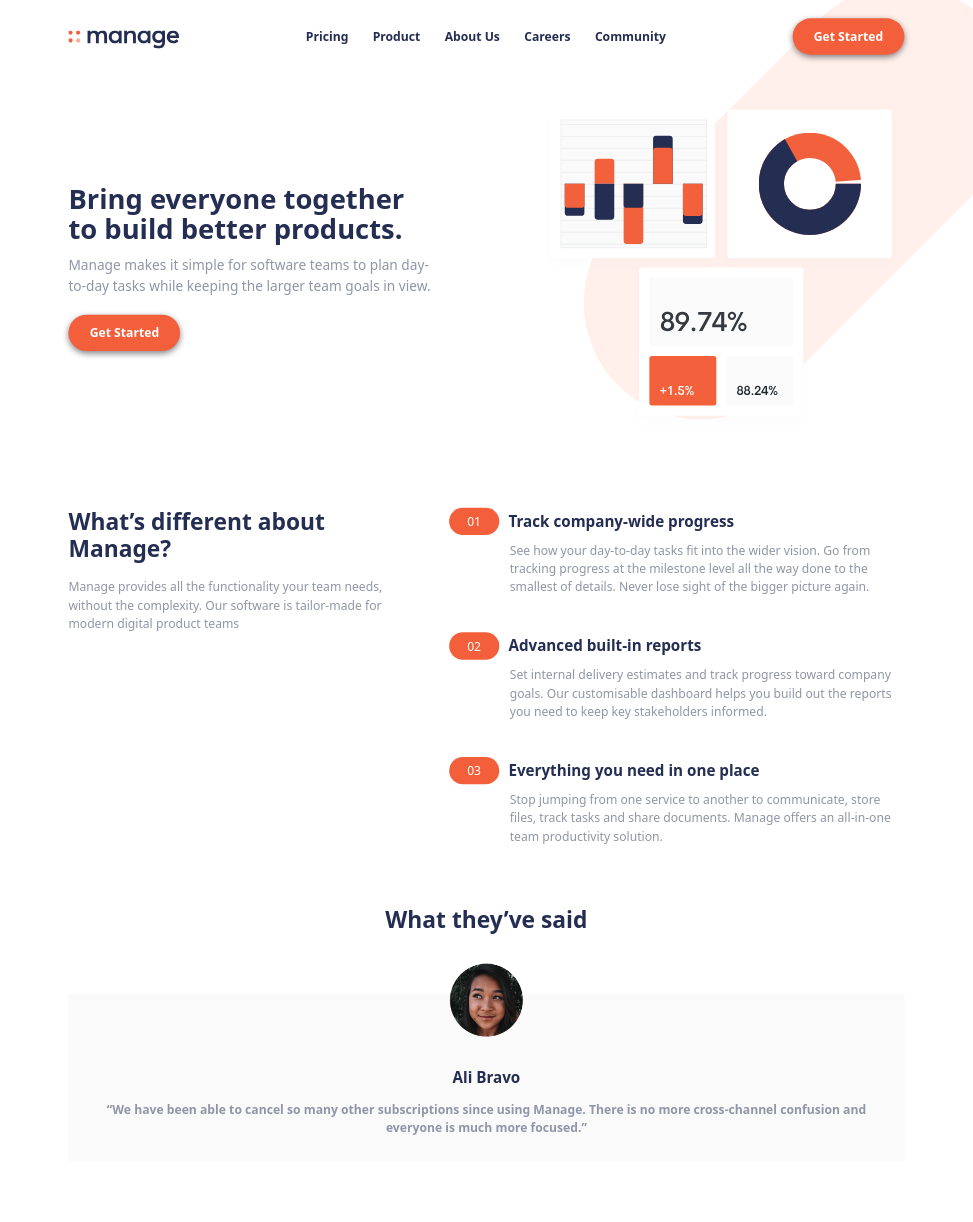
Repository: aqib-01/manage-landing-page
Page: /
An editor plug-in stored every save of this project. The page is shown before and after a run of saves, followed by the edit.
The browser window is 1280 px wide. The pictures show the whole page, at 76% of full size.
The project was rebuilt for these pictures with package versions that can differ from the ones it lists, and the page was loaded fresh each time.

Above is the page before, as saved 2022-05-12 21:26:29.

After the next 5 saves:
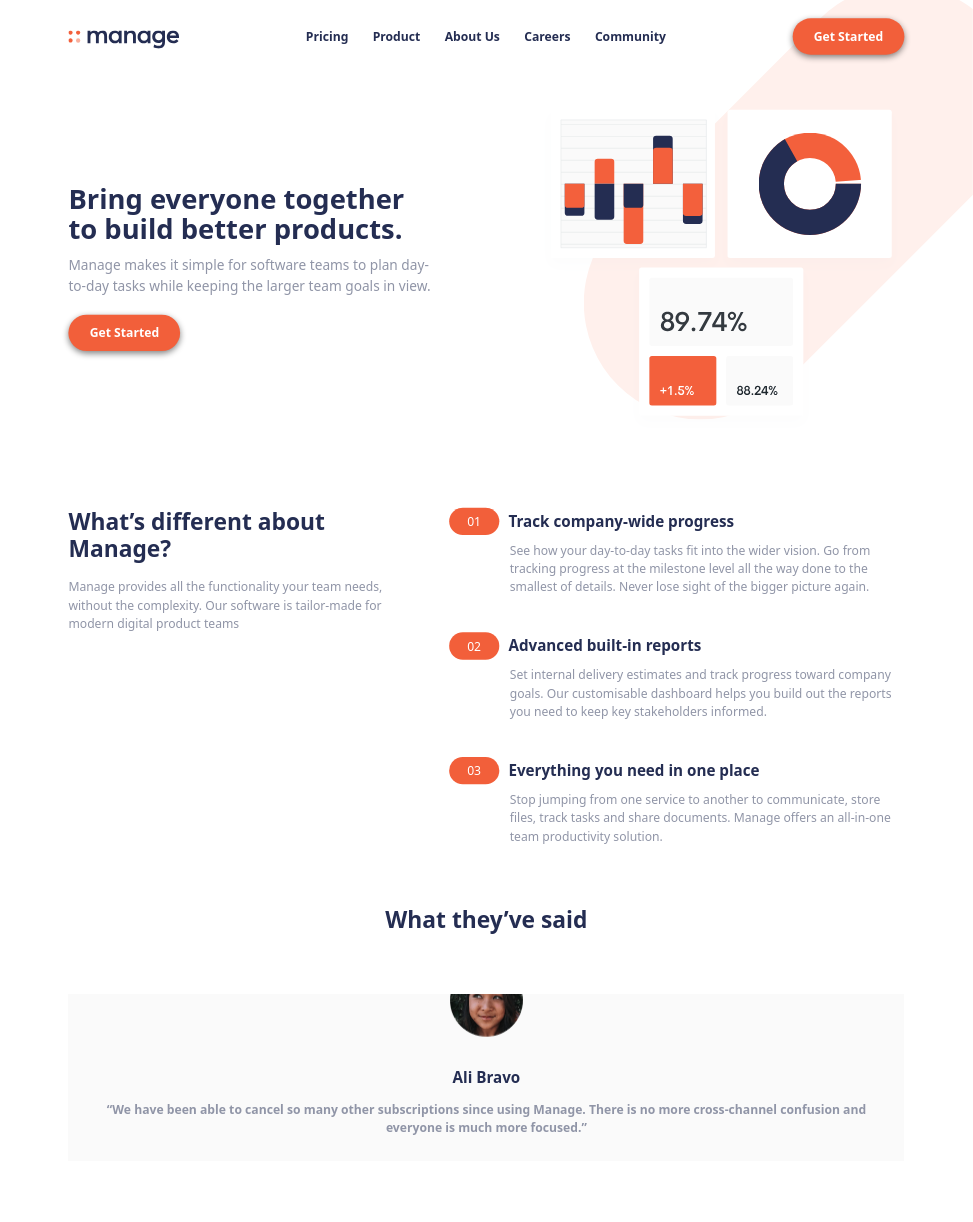
The 5 saves are shown as one change because they came seconds apart.
The last was saved 31 s later.
--- a/src/components/Testimonials.js
+++ b/src/components/Testimonials.js
@@ -8,25 +8,27 @@ const Testimonials = () => {
         <h2 className="text-3xl mb-20 text-center text-dark-blue font-semibold">
           What they’ve said{" "}
         </h2>
-        <div>
-          <div className="bg-very-light-gray px-8 pb-8">
-            <img
-              className="w-24 -translate-y-10 block mx-auto"
-              src="images/avatar-ali.png"
-              alt=""
-            />
-            <div>
-              <h5 className="text-dark-blue text-xl font-bold text-center">
-                Ali Bravo
-              </h5>
-              <p className="mt-4 text-dark-grayish-blue text-center font-semibold">
-                “We have been able to cancel so many other subscriptions since
-                using Manage. There is no more cross-channel confusion and
-                everyone is much more focused.”
-              </p>
+        <Swiper>
+          <SwiperSlide>
+            <div className="bg-very-light-gray px-8 pb-8">
+              <img
+                className="w-24 -translate-y-10 block mx-auto"
+                src="images/avatar-ali.png"
+                alt=""
+              />
+              <div>
+                <h5 className="text-dark-blue text-xl font-bold text-center">
+                  Ali Bravo
+                </h5>
+                <p className="mt-4 text-dark-grayish-blue text-center font-semibold">
+                  “We have been able to cancel so many other subscriptions since
+                  using Manage. There is no more cross-channel confusion and
+                  everyone is much more focused.”
+                </p>
+              </div>
             </div>
-          </div>
-        </div>
+          </SwiperSlide>
+        </Swiper>
       </div>
     </section>
   );
